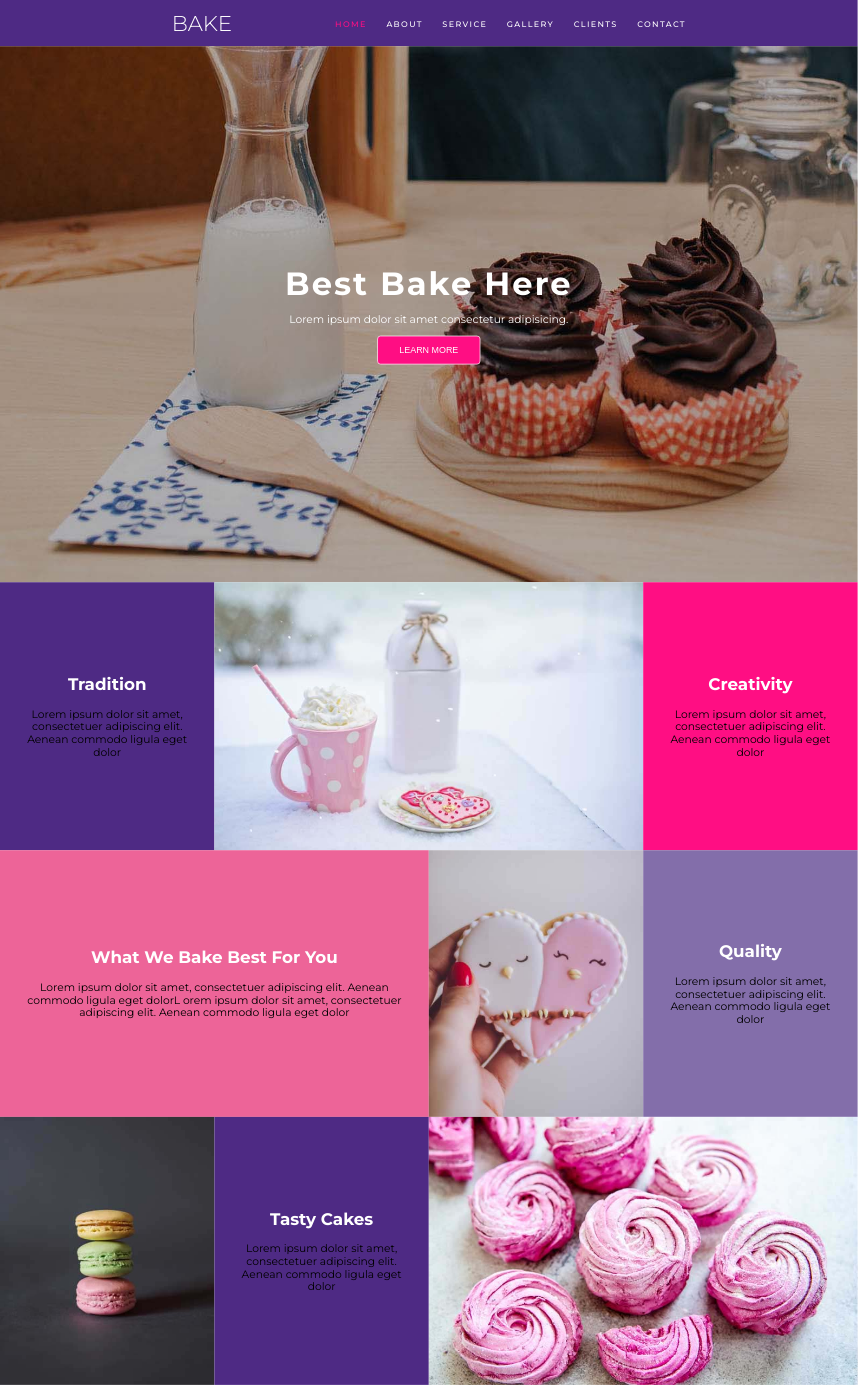
Repository: giahuy405/Bake
Page: index.html
An editor plug-in stored every save of this project. The page is shown before and after the next save, followed by the edit.
The browser window is 1280 px wide. The pictures show the whole page, at 67% of full size.

Above is the page before, as saved 2022-09-13 15:23:36.

After the next save:
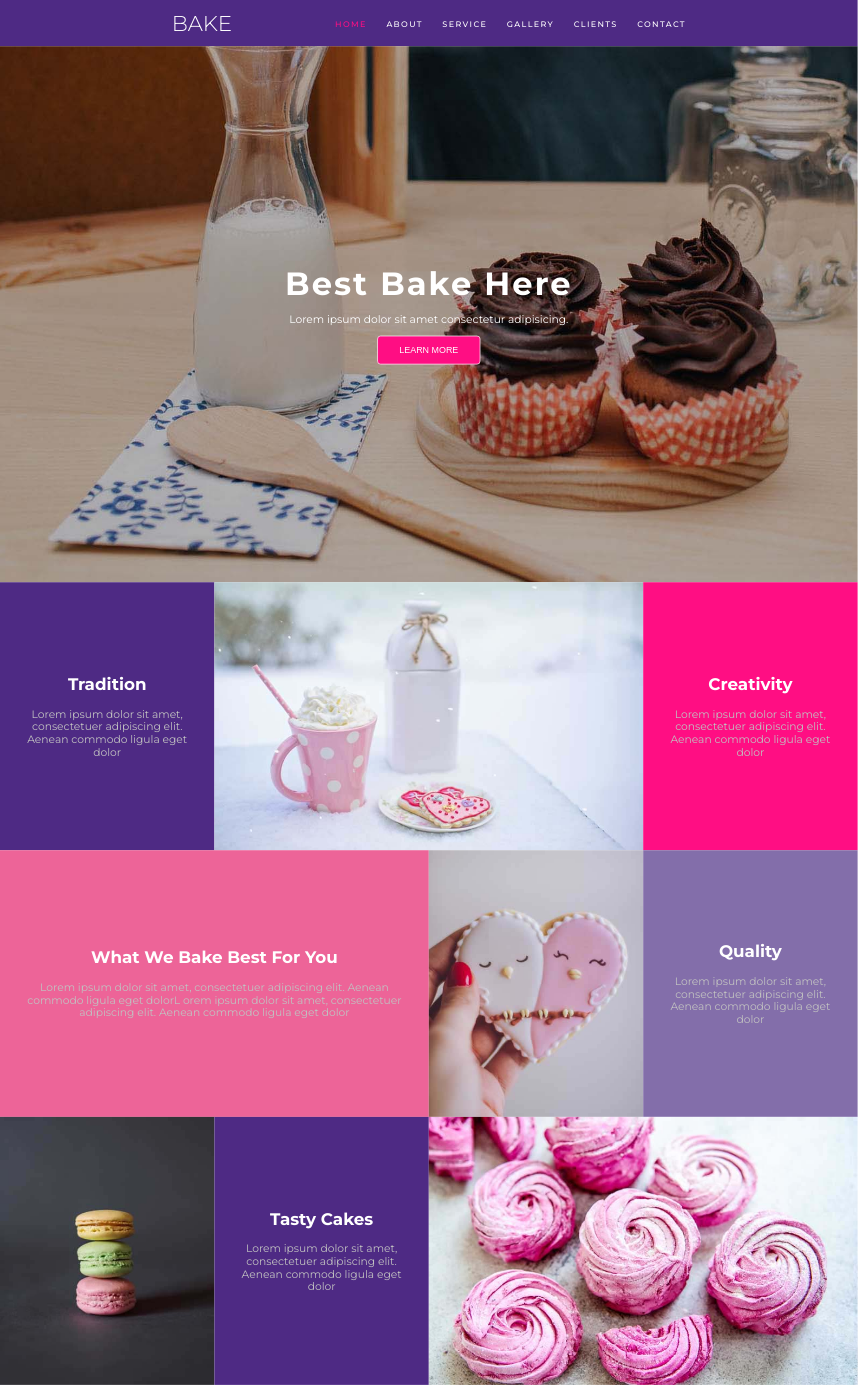
Saved 24 s later.
--- a/css/index.css
+++ b/css/index.css
@@ -116,3 +116,6 @@
     font-size: 25px;
     margin-bottom: 20px;
 }
+.intro__content p{
+    color: #c1c1c1;
+}
